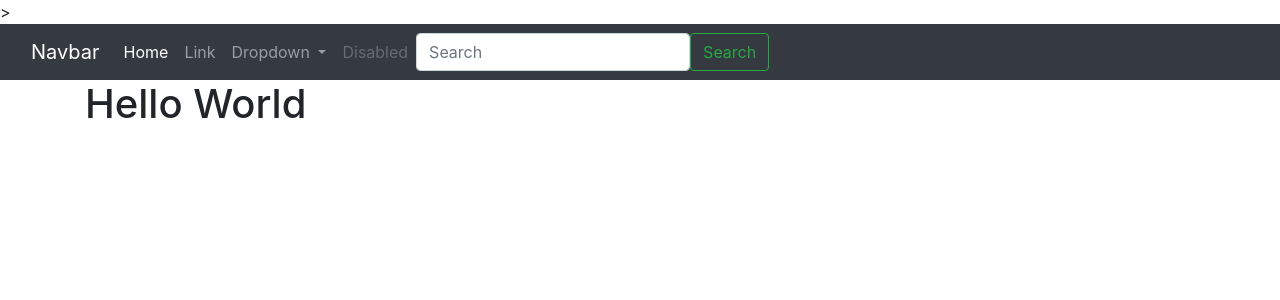
Repository: CKM206/WEBD6201-W2021-Week1
Page: index.html
These files come from the project's save history. The page is drawn as it stood at one moment and after the next save; the edit follows.
The browser window is 1280 px wide. The pictures show the whole page.

Above is the page before, as saved 2021-01-14 09:17:26.

After the next save:
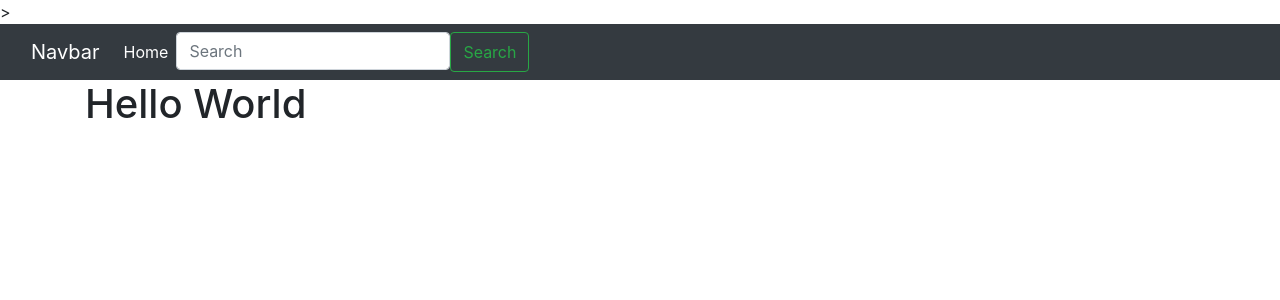
Saved 119 s later.
--- a/index.html
+++ b/index.html
@@ -27,24 +27,7 @@
                   <li class="nav-item">
                     <a class="nav-link active" aria-current="page" href="#">Home</a>
                   </li>
-                  <li class="nav-item">
-                    <a class="nav-link" href="#">Link</a>
-                  </li>
-                  <li class="nav-item dropdown">
-                    <a class="nav-link dropdown-toggle" href="#" id="navbarDropdown" role="button" data-bs-toggle="dropdown" aria-expanded="false">
-                      Dropdown
-                    </a>
-                    <ul class="dropdown-menu" aria-labelledby="navbarDropdown">
-                      <li><a class="dropdown-item" href="#">Action</a></li>
-                      <li><a class="dropdown-item" href="#">Another action</a></li>
-                      <li><hr class="dropdown-divider"></li>
-                      <li><a class="dropdown-item" href="#">Something else here</a></li>
-                    </ul>
-                  </li>
-                  <li class="nav-item">
-                    <a class="nav-link disabled" href="#" tabindex="-1" aria-disabled="true">Disabled</a>
-                  </li>
-                </ul>
+
                 <form class="d-flex">
                   <input class="form-control me-2" type="search" placeholder="Search" aria-label="Search">
                   <button class="btn btn-outline-success" type="submit">Search</button>
